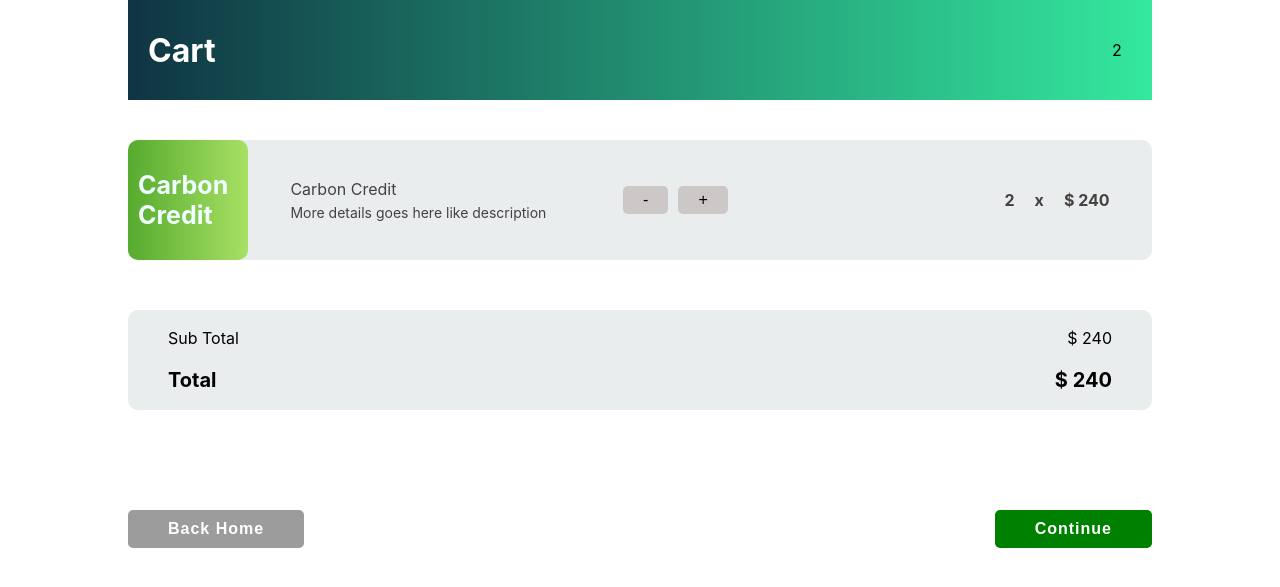
Repository: Yowani24/CarbonApp
Page: /cart
An editor plug-in stored every save of this project. The page is shown before and after the next save, followed by the edit.
The browser window is 1280 px wide. The pictures show the whole page.
The project was rebuilt for these pictures with package versions that can differ from the ones it lists, and the page was loaded fresh each time. The framework's server and built-in components were replaced by stand-ins that run in the browser. Also part of the build but not shown: next.config.js.

Above is the page before, as saved 2021-09-27 01:17:20.

After the next save:
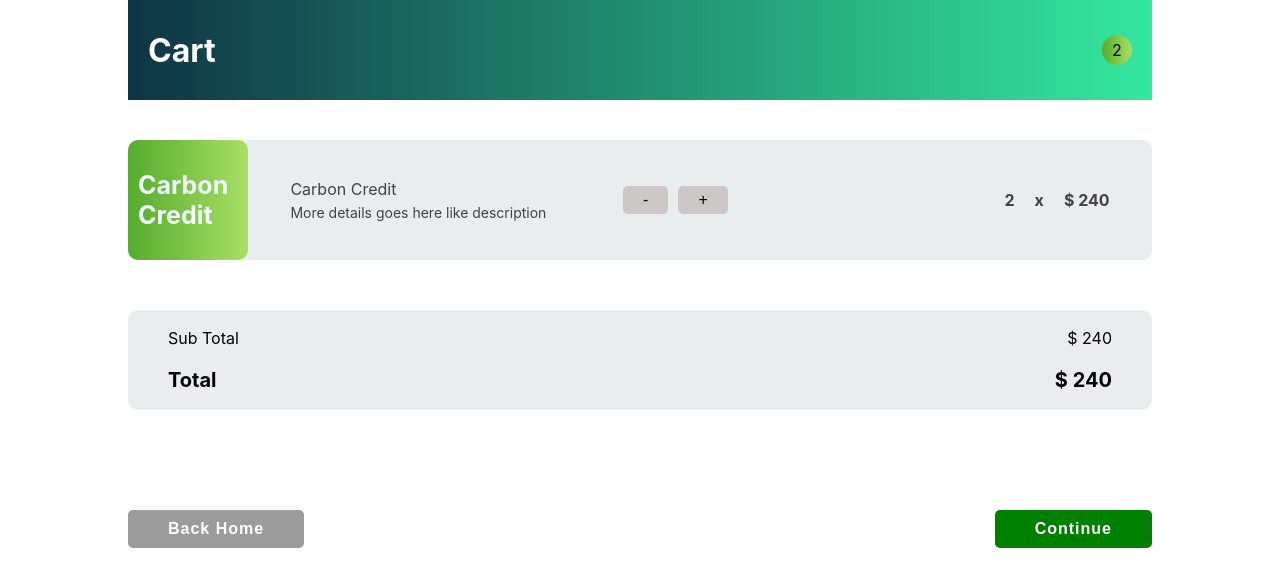
Saved 4 s later.
--- a/pages/cart/Cart.module.css
+++ b/pages/cart/Cart.module.css
@@ -32,6 +32,11 @@
     width: 30px;
     height: 30px;
     border-radius: 100%;
+
+    background: #00467F;
+    background: -webkit-linear-gradient(to right, #56ab2f , #a8e063);
+    background: linear-gradient(to right, #56ab2f , #a8e063);
+
 }
 
 @media (max-width:415px){

After the save that followed:
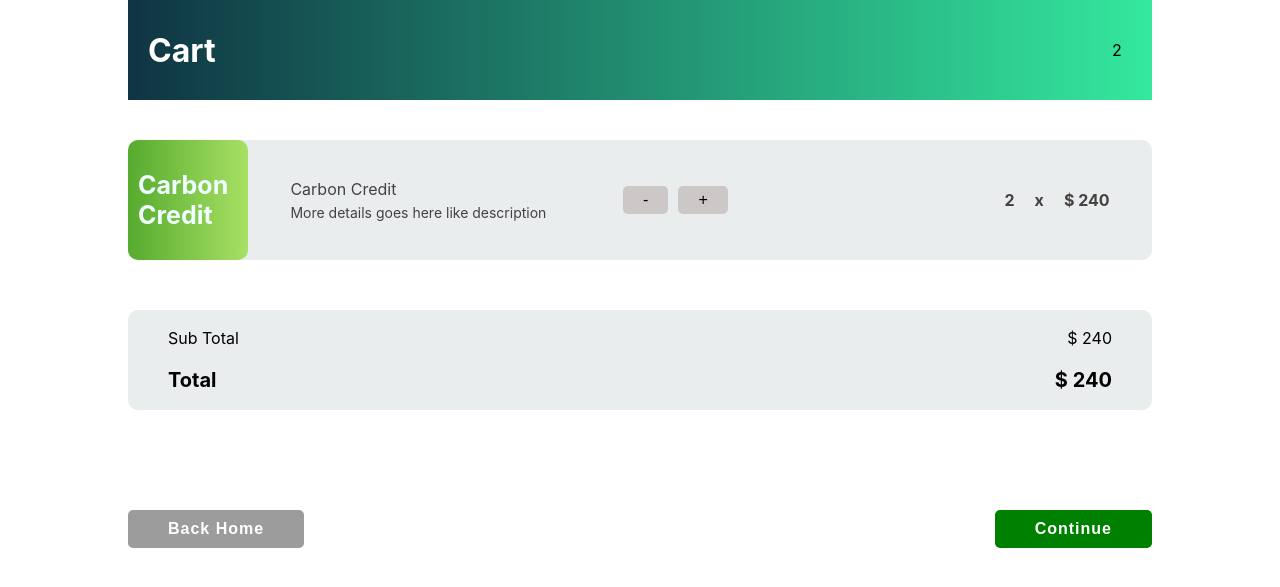
Saved 34 s later.
--- a/pages/cart/Cart.module.css
+++ b/pages/cart/Cart.module.css
@@ -33,9 +33,10 @@
     height: 30px;
     border-radius: 100%;
 
-    background: #00467F;
+
+    /* background: #00467F;
     background: -webkit-linear-gradient(to right, #56ab2f , #a8e063);
-    background: linear-gradient(to right, #56ab2f , #a8e063);
+    background: linear-gradient(to right, #56ab2f , #a8e063);  */
 
 }
 
